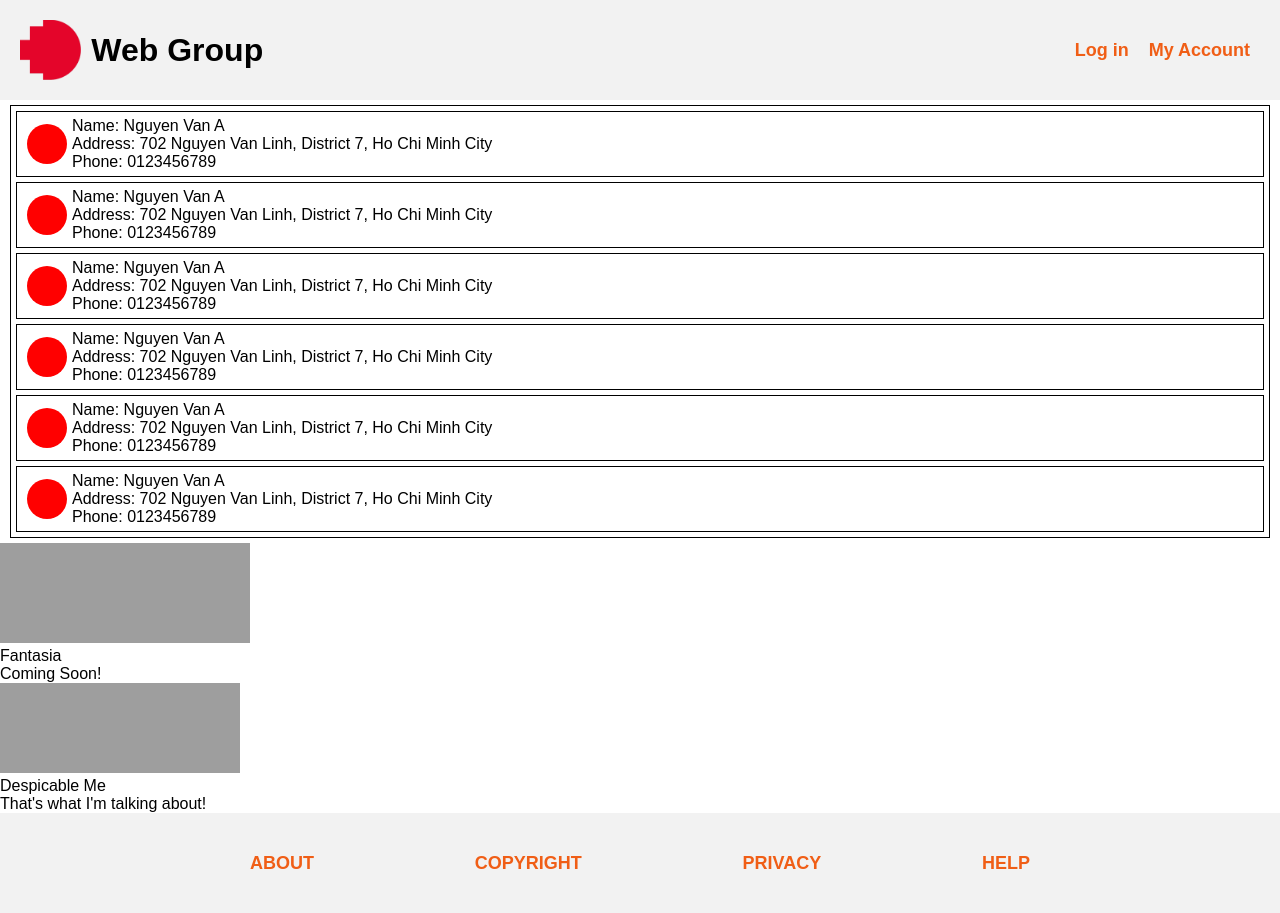
Repository: quynguyn/shoopingweb
Page: shipper.html
These files come from the project's save history. The page is drawn as it stood at one moment and after the next save; the edit follows.
The browser window is 1280 px wide. The pictures show the whole page.
Pictures or frames that could not be fetched are drawn as grey boxes.

Above is the page before, as saved 2023-05-04 16:44:19.

### shipper.html
<!DOCTYPE html>
<html lang="en">

<head>
	<meta charset="UTF-8">
	<meta http-equiv="X-UA-Compatible" content="IE=edge">
	<meta name="viewport" content="width=device-width, initial-scale=1.0">
	<title>Shipper</title>
	<link rel="stylesheet" href="Asset/CSS/style.css">
	<link rel="stylesheet" href="Asset/CSS/shipper.css">
</head>

<body>
	<!-- Header of the page -->
	<header>
		<div class="logo">
			<img src="logo.png" alt="Web Group Logo">
			<h1>Web Group</h1>
		</div>
		<nav>
			<ul>
				<li><a href="#">Log in</a></li>
				<li><a href="#">My Account</a></li>
			</ul>
		</nav>
	</header>
	<div class="main-container">
		<div class="orders-container">
			<div class="order">
				<div class="activity">
					<svg height="50" width="50">
						<circle cx="25" cy="25" r="20" fill="red" />
					</svg>
				</div>

				<div class="information-container">
					<div class="information">
						<pre>Name: </pre>
						<p class="name">Nguyen Van A</p>
					</div>

					<div class="information">
						<pre>Address: </pre>
						<p class="name">702 Nguyen Van Linh, District 7, Ho Chi Minh City</p>
					</div>

					<div class="information">
						<pre>Phone: </pre>
						<p class="name">0123456789</p>
					</div>
				</div>
			</div>

			<div class="order">
				<div class="activity">
					<svg height="50" width="50">
						<circle cx="25" cy="25" r="20" fill="red" />
					</svg>
				</div>

				<div class="information-container">
					<div class="information">
						<pre>Name: </pre>
						<p class="name">Nguyen Van A</p>
					</div>

					<div class="information">
						<pre>Address: </pre>
						<p class="name">702 Nguyen Van Linh, District 7, Ho Chi Minh City</p>
					</div>

					<div class="information">
						<pre>Phone: </pre>
						<p class="name">0123456789</p>
					</div>
				</div>
			</div>

			<div class="order">
				<div class="activity">
					<svg height="50" width="50">
						<circle cx="25" cy="25" r="20" fill="red" />
					</svg>
				</div>

				<div class="information-container">
					<div class="information">
						<pre>Name: </pre>
						<p class="name">Nguyen Van A</p>
					</div>

					<div class="information">
						<pre>Address: </pre>
						<p class="name">702 Nguyen Van Linh, District 7, Ho Chi Minh City</p>
					</div>

					<div class="information">
						<pre>Phone: </pre>
						<p class="name">0123456789</p>
					</div>
				</div>
			</div>

			<div class="order">
				<div class="activity">
					<svg height="50" width="50">
						<circle cx="25" cy="25" r="20" fill="red" />
					</svg>
				</div>

				<div class="information-container">
					<div class="information">
						<pre>Name: </pre>
						<p class="name">Nguyen Van A</p>
					</div>

					<div class="information">
						<pre>Address: </pre>
						<p class="name">702 Nguyen Van Linh, District 7, Ho Chi Minh City</p>
					</div>

					<div class="information">
						<pre>Phone: </pre>
						<p class="name">0123456789</p>
					</div>
				</div>
			</div>

			<div class="order">
				<div class="activity">
					<svg height="50" width="50">
						<circle cx="25" cy="25" r="20" fill="red" />
					</svg>
				</div>

				<div class="information-container">
					<div class="information">
						<pre>Name: </pre>
						<p class="name">Nguyen Van A</p>
					</div>

					<div class="information">
						<pre>Address: </pre>
						<p class="name">702 Nguyen Van Linh, District 7, Ho Chi Minh City</p>
					</div>

					<div class="information">
						<pre>Phone: </pre>
						<p class="name">0123456789</p>
					</div>
				</div>
			</div>

			<div class="order">
				<div class="activity">
					<svg height="50" width="50">
						<circle cx="25" cy="25" r="20" fill="red" />
					</svg>
				</div>

				<div class="information-container">
					<div class="information">
						<pre>Name: </pre>
						<p class="name">Nguyen Van A</p>
					</div>

					<div class="information">
						<pre>Address: </pre>
						<p class="name">702 Nguyen Van Linh, District 7, Ho Chi Minh City</p>
					</div>

					<div class="information">
						<pre>Phone: </pre>
						<p class="name">0123456789</p>
					</div>
				</div>
			</div>
		</div>
	</div>

	<div>
		<div class="novels__gallery popup" onclick="popupFunction(event)">
			<img class="novels__gallery-img" src="https://placekitten.com/250/100">
			<div class="novels__gallery-title">Fantasia</div>
			<span class="popupText">Coming Soon!</span>
		</div>
		<div class="novels__gallery popup" onclick="popupFunction(event)">
			<img class="novels__gallery-img" src="https://placekitten.com/240/90">
			<div class="novels__gallery-title">Despicable Me</div>
			<span class="popupText">That's what I'm talking about!</span>
		</div>

		<div id="modal" onclick="closeModal(event)">
			<div class="body"></div>
		</div>
	</div>
	<!-- Footer of the page -->
	<footer>
		<div class="footer-links">
			<a href="#">About</a>
			<a href="#">Copyright</a>
			<a href="#">Privacy</a>
			<a href="#">Help</a>
		</div>
	</footer>

</body>

</html>

### Asset/CSS/style.css
/* Reset CSS */
:root {
    --main-color: #F58216;
    --primary-color: #ffb347;
    --secondary-color: #f05e16;
    --white-color: #f2f2f2;
    /* change the name */
}

/* Reset CSS  */
* {
    padding: 0;
    margin: 0;
    box-sizing: border-box;
    text-decoration: none;
    font-family: Arial, Helvetica, sans-serif;
}

/* Header CSS */
header {
    height: 100px;
    background-color:var(--white-color);
    display: flex;
    justify-content: space-between;
    align-items: center;
    padding: 0 20px;
  }

  .logo {
    display: flex;
    align-items: center;
  }

  .logo img {
    height: 60px;
    margin-right: 10px;
  }

  nav ul {
    display: flex;
    list-style: none;
    margin: 0;
    padding: 0;


  }

  nav ul li {
    margin: 0 10px;
  }

  nav ul li a {
    text-decoration: none;
    font-size: 18px;
    font-weight: bold;
    color: var(--secondary-color);
  }

  /* Footer css */
  footer {
    height: 100px;
    background-color: var(--white-color);
    display: flex;
    justify-content: center;
    align-items: center;
    color: var(--white-color);
  }

  footer div {
    display: flex;
    justify-content: space-between;
    width: 80%;
    max-width: 800px;
  }

  footer div a {
    color: var(--secondary-color);
    text-decoration: none;
    margin: 0 10px;
    text-transform: uppercase;
    font-weight: bold;
    font-size: large;
  }

### Asset/CSS/shipper.css
.main-container {
	margin: 5px;
}

.orders-container {
	margin: 5px;
	border: 1px solid black;
}

.order {
	margin: 5px;
	border: 1px solid black;
	padding: 5px;
	display: flex;
	flex-direction: row;
	align-items: center;
}

.activity {
	width: 50px;
	height: 50px;
}

.information {
	display: flex;
	flex-direction: row;
	align-items: center;
}

After the next save:
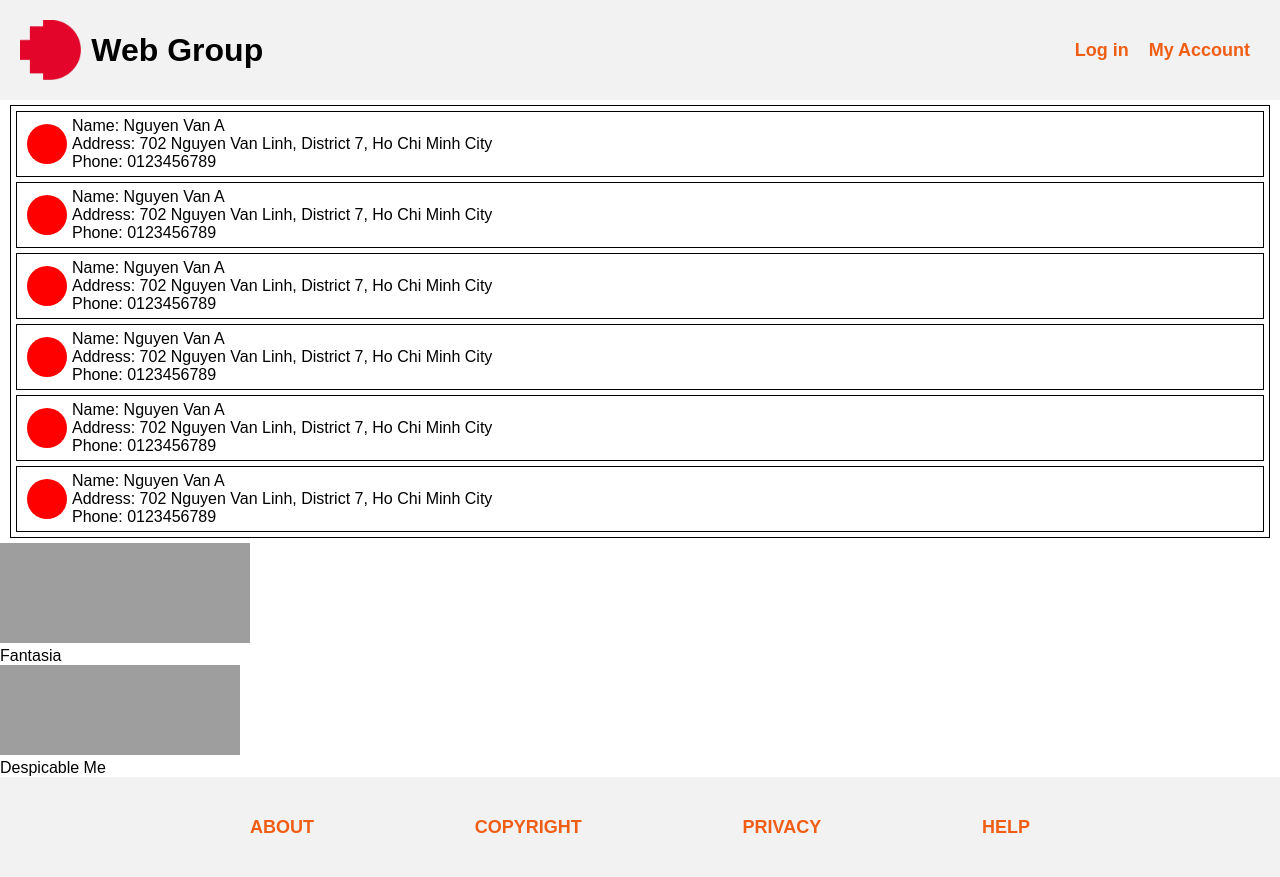
Saved 8 s later.
--- a/Asset/CSS/shipper.css
+++ b/Asset/CSS/shipper.css
@@ -26,3 +26,28 @@
 	flex-direction: row;
 	align-items: center;
 }
+
+#modal{
+	z-index: 1;
+	display: none;
+	position: fixed;
+	top: 0;
+	left: 0;
+	width: 100vw;
+	height: 100vh;
+  }
+  #modal .body{
+	width: 400px;
+	background: wheat;
+	border: 1px solid orange;
+	padding: 15px 25px;
+  }
+  .modalHasContent{
+	display: flex !important;
+	justify-content: center;
+	align-items: center;
+	background: rgba(0,0,0,0.7);
+  }
+  .popupText{
+	display: none;
+  }
